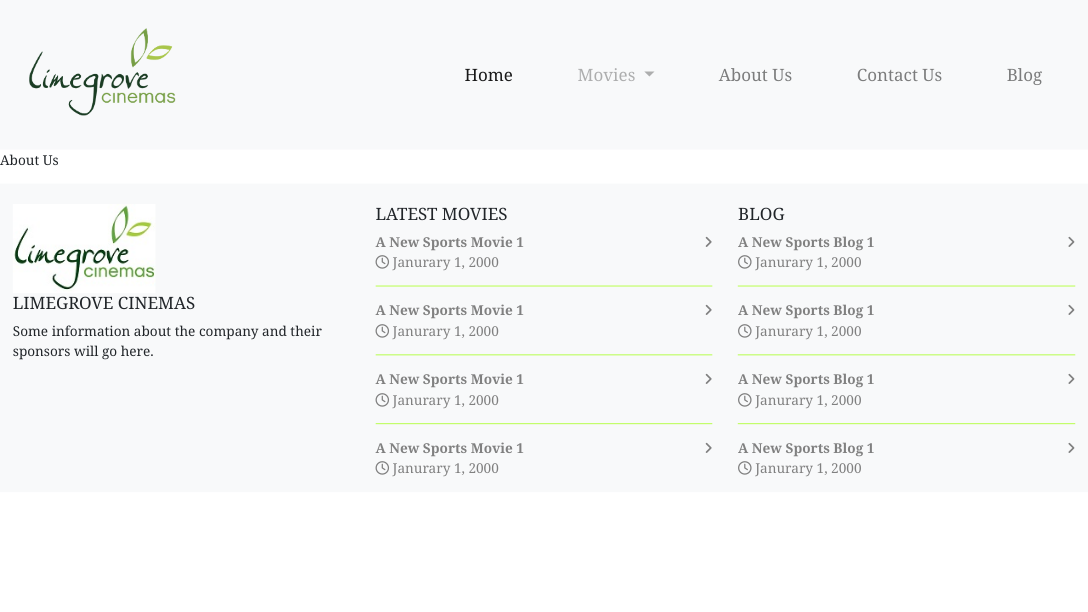
Repository: SimplyZacc/movie-web-template
Page: http://localhost/aboutus.php
An editor plug-in stored every save of this project. The page is shown before and after the next save, followed by the edit.
The browser window is 1280 px wide. The pictures show the whole page, at 85% of full size.
Some web libraries are served in a nearby version. The page is run by PHP 8.4 with error messages shown; the project is at /var/www/html/.

Above is the page before, as saved 2020-03-28 20:08:56.

### aboutus.php
<?php
//set page vars
$title = "About Us";
//include page header
include "templates/header.php";
?>

<p class="">About Us</p>

<?php include "templates/footer.php"; ?>

### templates/header.php
<?php
session_start();
?>
<!DOCTYPE html>
<html lang="en">

<head>
    <meta charset="UTF-8">
    <meta name="viewport" content="width=device-width, initial-scale=1.0">

    <title>
        <?php
        $default_header = "Limegrove Cinemas";
        if (isset($title)) {
            echo "Limegrove Cinemas - " . $title;
        } else {
            echo $default_header;
        }
        ?>
    </title>

    <!-- CSS -->
    <link rel="stylesheet" href="https://stackpath.bootstrapcdn.com/bootstrap/4.4.1/css/bootstrap.min.css" integrity="sha384-Vkoo8x4CGsO3+Hhxv8T/Q5PaXtkKtu6ug5TOeNV6gBiFeWPGFN9MuhOf23Q9Ifjh" crossorigin="anonymous">
    <link rel="stylesheet" href="assets/css/styles.css">
    <link rel="stylesheet" href="movie-web-template/assets/css/styles.css">

    <!-- JavaScript -->
    <script src="https://code.jquery.com/jquery-3.4.1.slim.min.js" integrity="sha384-J6qa4849blE2+poT4WnyKhv5vZF5SrPo0iEjwBvKU7imGFAV0wwj1yYfoRSJoZ+n" crossorigin="anonymous"></script>
    <script src="https://cdn.jsdelivr.net/npm/popper.js@1.16.0/dist/umd/popper.min.js" integrity="sha384-Q6E9RHvbIyZFJoft+2mJbHaEWldlvI9IOYy5n3zV9zzTtmI3UksdQRVvoxMfooAo" crossorigin="anonymous"></script>
    <script src="https://stackpath.bootstrapcdn.com/bootstrap/4.4.1/js/bootstrap.min.js" integrity="sha384-wfSDF2E50Y2D1uUdj0O3uMBJnjuUD4Ih7YwaYd1iqfktj0Uod8GCExl3Og8ifwB6" crossorigin="anonymous"></script>
    <script src="https://kit.fontawesome.com/e9662c41f5.js" crossorigin="anonymous"></script>

</head>

<body>

    <nav class="navbar navbar-expand-lg navbar-light bg-light">


        <div class="collapse navbar-collapse" id="navbarSupportedContent">
            <ul class="navbar-nav mr-auto">
                <a class="navbar-brand" href="#"><img src="assets/images/lgcgreenlogo.png" alt="Cinema Logo" style="width: auto;height: 150px"></a>
                <button class="navbar-toggler" type="button" data-toggle="collapse" data-target="#navbarSupportedContent" aria-controls="navbarSupportedContent" aria-expanded="false" aria-label="Toggle navigation">
                    <span class="navbar-toggler-icon"></span>
                </button>
            </ul>

            <ul class="navbar-nav navbar-right">

                <li class="nav-item active p-r-10">
                    <a class="nav-link" href="#">Home <span class="sr-only">(current)</span></a>
                </li>
                <li class="nav-item dropdown p-r-10">
                    <a class="nav-link dropdown-toggle disabled" href="#" id="navbarDropdown" role="button" data-toggle="dropdown" aria-haspopup="true" aria-expanded="false">
                        Movies
                    </a>
                    <div class="dropdown-menu" aria-labelledby="navbarDropdown">
                        <a class="dropdown-item" href="#">Recently Added</a>
                        <a class="dropdown-item" href="#">Popular</a>
                        <a class="dropdown-item" href="#">Soon Added</a>
                    </div>
                </li>

                <li class="nav-item ">
                    <a class="nav-link" href="aboutus.php">About Us</a>
                </li>

                <li class="nav-item p-r-10">
                    <a class="nav-link" href="contactus.php">Contact Us</a>
                </li>

                <li class="nav-item p-r-10">
                    <a class="nav-link" href="blog.php">Blog</a>
                </li>
            </ul>

        </div>
    </nav>

### templates/footer.php
<footer class="page-footer font-small pt-4 bg-light">

    <div class="container-fluid text-center text-md-left">

        <div class="row">

            <div class="col-md-4 mt-md-0 mt-3">

                <img src="assets/images/logo.jpg" alt="">
                <h5 class="text-uppercase">Limegrove Cinemas</h5>
                <p style="height: 100px">Some information about the company and their sponsors will go here.</p>

            </div>

            <hr class="clearfix w-100 d-md-none pb-3">

            <div class="col-md-4 mb-md-0 mb-3">

                <h5 class="text-uppercase bold">Latest Movies</h5>

                <ul class="list-unstyled grey">
                    <li>
                        <a href="#" class="footer-link">A New Sports Movie 1 <span style="float: right"><i class="fas fa-angle-right"></i></span></a>
                        <br>
                        <p><i class="far fa-clock"></i> Janurary 1, 2000</p>
                    </li>
                    <hr style="border-color: greenyellow;">
                    <li>
                        <a href="#" class="footer-link">A New Sports Movie 1 <span style="float: right"><i class="fas fa-angle-right"></i></span></a>
                        <br>
                        <p><i class="far fa-clock"></i> Janurary 1, 2000</p>
                    </li>
                    <hr style="border-color: greenyellow;">
                    <li>
                        <a href="#" class="footer-link">A New Sports Movie 1 <span style="float: right"><i class="fas fa-angle-right"></i></span></a>
                        <br>
                        <p><i class="far fa-clock"></i> Janurary 1, 2000</p>
                    </li>
                    <hr style="border-color: greenyellow;">
                    <li>
                        <a href="#" class="footer-link">A New Sports Movie 1 <span style="float: right"><i class="fas fa-angle-right"></i></span></a>
                        <br>
                        <p><i class="far fa-clock"></i> Janurary 1, 2000</p>
                    </li>
                </ul>

            </div>

            <hr class="clearfix w-100 d-md-none pb-3">

            <div class="col-md-4 mb-md-0 mb-3">

                <h5 class="text-uppercase bold">Blog</h5>

                <ul class="list-unstyled grey">
                    <li>
                        <a href="#" class="footer-link">A New Sports Blog 1 <span style="float: right"><i class="fas fa-angle-right"></i></span></a>
                        <br>
                        <p><i class="far fa-clock"></i> Janurary 1, 2000</p>
                    </li>
                    <hr style="border-color: greenyellow;">
                    <li>
                        <a href="#" class="footer-link">A New Sports Blog 1 <span style="float: right"><i class="fas fa-angle-right"></i></span></a>
                        <br>
                        <p><i class="far fa-clock"></i> Janurary 1, 2000</p>
                    </li>
                    <hr style="border-color: greenyellow;">
                    <li>
                        <a href="#" class="footer-link">A New Sports Blog 1 <span style="float: right"><i class="fas fa-angle-right"></i></span></a>
                        <br>
                        <p><i class="far fa-clock"></i> Janurary 1, 2000</p>
                    </li>
                    <hr style="border-color: greenyellow;">
                    <li>
                        <a href="#" class="footer-link">A New Sports Blog 1 <span style="float: right"><i class="fas fa-angle-right"></i></span></a>
                        <br>
                        <p><i class="far fa-clock"></i> Janurary 1, 2000</p>
                    </li>
                </ul>

            </div>

        </div>

    </div>

</footer>

</body>
</html>

### assets/css/styles.css
*{
    font-family: Cambria, Cochin, Georgia, Times, 'Times New Roman', serif;
}

.hr{
    border-color: whitesmoke;
}

.grey{
    color: grey;
}

.footer-link{
    font-weight: bold;
    text-decoration: none;
    color: grey;
}

.footer-link:hover{
    text-decoration: none;
    color: #13df13;
    transition-duration: 0.5s;
}

.navbar-nav > li{
    padding-left:30px;
    padding-right:30px;
    font-size: 20px;
}

/****************************************** Contact Us Page ******************************************/

.contact-head{
    height: 300px;
    width: 100%;
    background-image: url('/assets/images/lgcgreenlogo.png');
    background-position-x: center;
    background-repeat: no-repeat;
    background-size: contain;
}

.contact-head-body{
    font-weight: bold;
    font-size: 17px;
    color: green;
    width: 30%;
    padding-left: 50px;
    padding-top: 100px;
}

.contact-body{
    height: 700px;
    background-color: rgb(241, 241, 241);
}

.contact-body-sub{
    width: 90%;
    margin-left: auto;
    margin-right: auto;
}

.contact-right{
    float: right;
    width: 35%;
}

.contact-left{
    float: left;
    width: 65%;
}

.contact-card{
    margin-top: 30px;
}

.contact-form-info{
    margin-top: 30px;
    background-color: white;
    width: 80%;
}


.contact-form-info2{
    padding-left: 30px;
}

.contact-form-text{
    padding-top: 10px;
}

.contact-form-button{
    margin-top: 20px;
    margin-bottom: 30px;
}

.contact-form-input{
    width: 80%;
    border: none;
    outline: none;
    border-bottom: 2px solid grey;
    background-color: transparent;
    cursor: default;
}

.contact-form-input:hover{
    border-bottom: 2px solid #13df13;
    transition-duration: 0.5s;
}

.contact-form-textbox{
    width: 80%;
    height: 200px;
    border: none;
    outline: none;
    border-bottom: 2px solid grey;
    background-color: transparent;
    cursor: default;
}

.contact-form-textbox:hover{
    border-bottom: 2px solid #13df13;
    transition-duration: 0.5s;
}

After the next save:
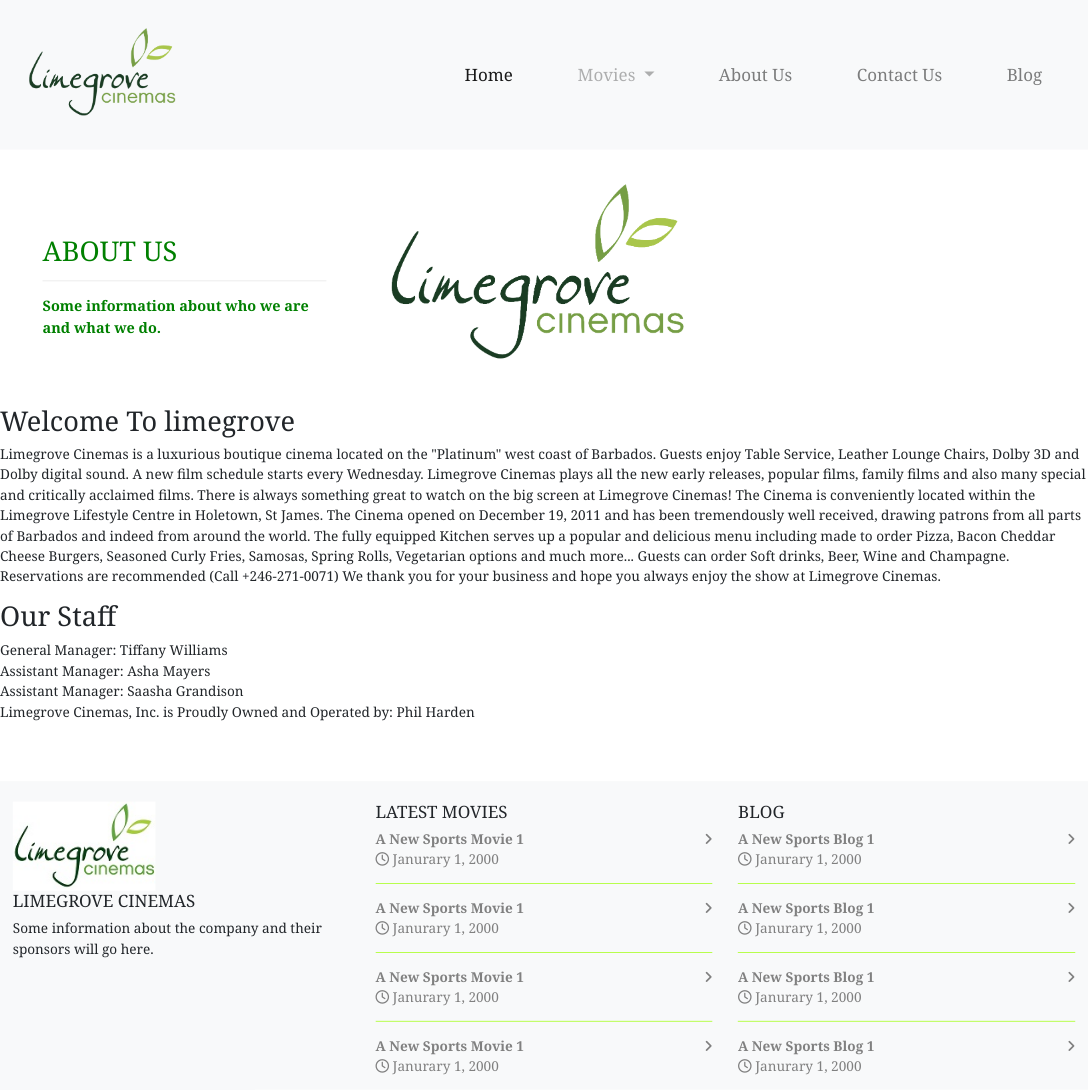
Saved 29 s later.
--- a/aboutus.php
+++ b/aboutus.php
@@ -5,6 +5,48 @@ $title = "About Us";
 include "templates/header.php";
 ?>
 
-<p class="">About Us</p>
+<div class="contact-head">
+    <div class="contact-head-body">
+        <h2>ABOUT US</h2>
+        <hr>
+        <p>Some information about who we are and what we do.</p>
+    </div>
+</div>
+
+<div class="about-body"  style="margin-bottom: 70px">
+    <div class="about-body-inside">
+
+        <h2 class="center bold">Welcome To limegrove</h2>
+        <p class="center">
+            Limegrove Cinemas is a luxurious boutique cinema located on the "Platinum" west coast of Barbados.
+
+            Guests enjoy Table Service, Leather Lounge Chairs, Dolby 3D and Dolby digital sound.
+
+            A new film schedule starts every Wednesday. Limegrove Cinemas plays all the new early releases, popular films, family films and also many special and critically acclaimed films. There is always something great to watch on the big screen at Limegrove Cinemas!
+
+            The Cinema is conveniently located within the Limegrove Lifestyle Centre in Holetown, St James.
+
+            The Cinema opened on December 19, 2011 and has been tremendously well received, drawing patrons from all parts of Barbados and indeed from around the world.
+
+            The fully equipped Kitchen serves up a popular and delicious menu including made to order Pizza, Bacon Cheddar Cheese Burgers, Seasoned Curly Fries, Samosas, Spring Rolls, Vegetarian options and much more...
+
+            Guests can order Soft drinks, Beer, Wine and Champagne.
+
+            Reservations are recommended (Call +246-271-0071)
+
+            We thank you for your business and hope you always enjoy the show at Limegrove Cinemas.
+        </p>
+
+        <h2 class="center bold">Our Staff</h2>
+        <p class="center">
+            General Manager: Tiffany Williams <br>
+            Assistant Manager: Asha Mayers <br>
+            Assistant Manager: Saasha Grandison <br>
+
+            Limegrove Cinemas, Inc. is Proudly Owned and Operated by:
+            Phil Harden
+        </p>
+    </div>
+</div>
 
 <?php include "templates/footer.php"; ?>
